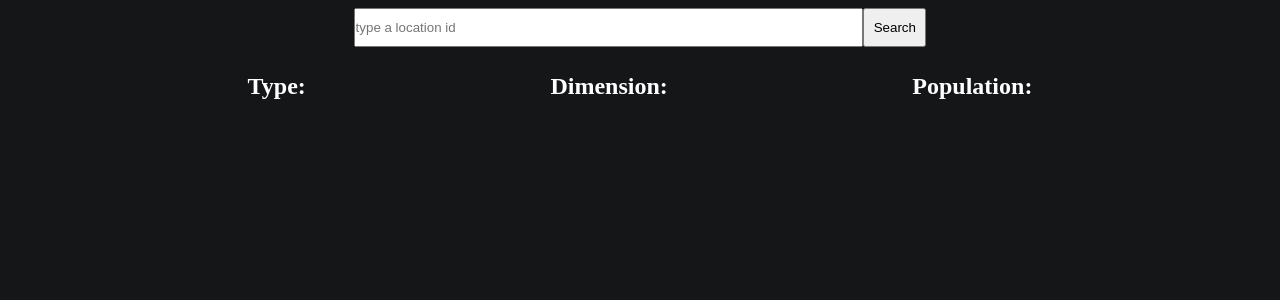
Repository: RobertAries28/ApiRickyMortin
Page: /
These files come from the project's save history. The page is drawn as it stood at one moment and after the next save; the edit follows.
The browser window is 1280 px wide. The pictures show the whole page.
The page's requests for data from a server got no answer. The project was rebuilt for these pictures with package versions that can differ from the ones it lists, and the page was loaded fresh each time. No one was signed in, and anything a server would have sent is missing. Also part of the build but not shown: src/ResidentInfo.js.

Above is the page before, as saved 2022-04-29 09:52:20.

After the next save:
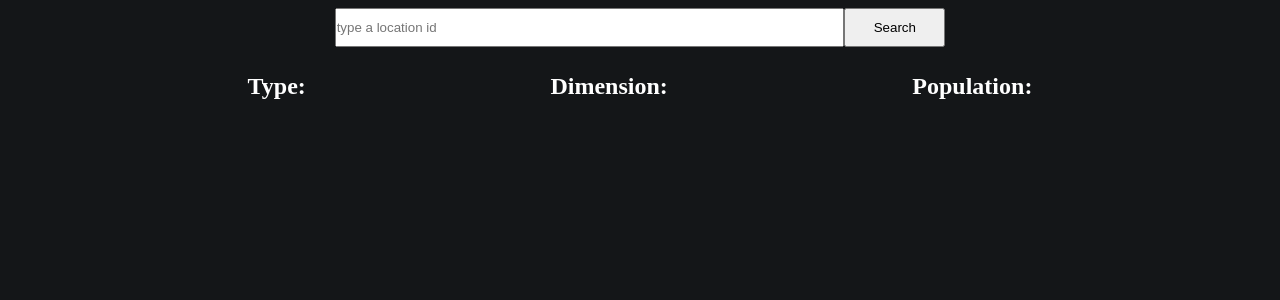
Saved 5 s later.
--- a/src/index.css
+++ b/src/index.css
@@ -80,5 +80,5 @@ body{
 }
 
 .searchBox button{
-  width: 5%;
+  width: 8%;
 }
